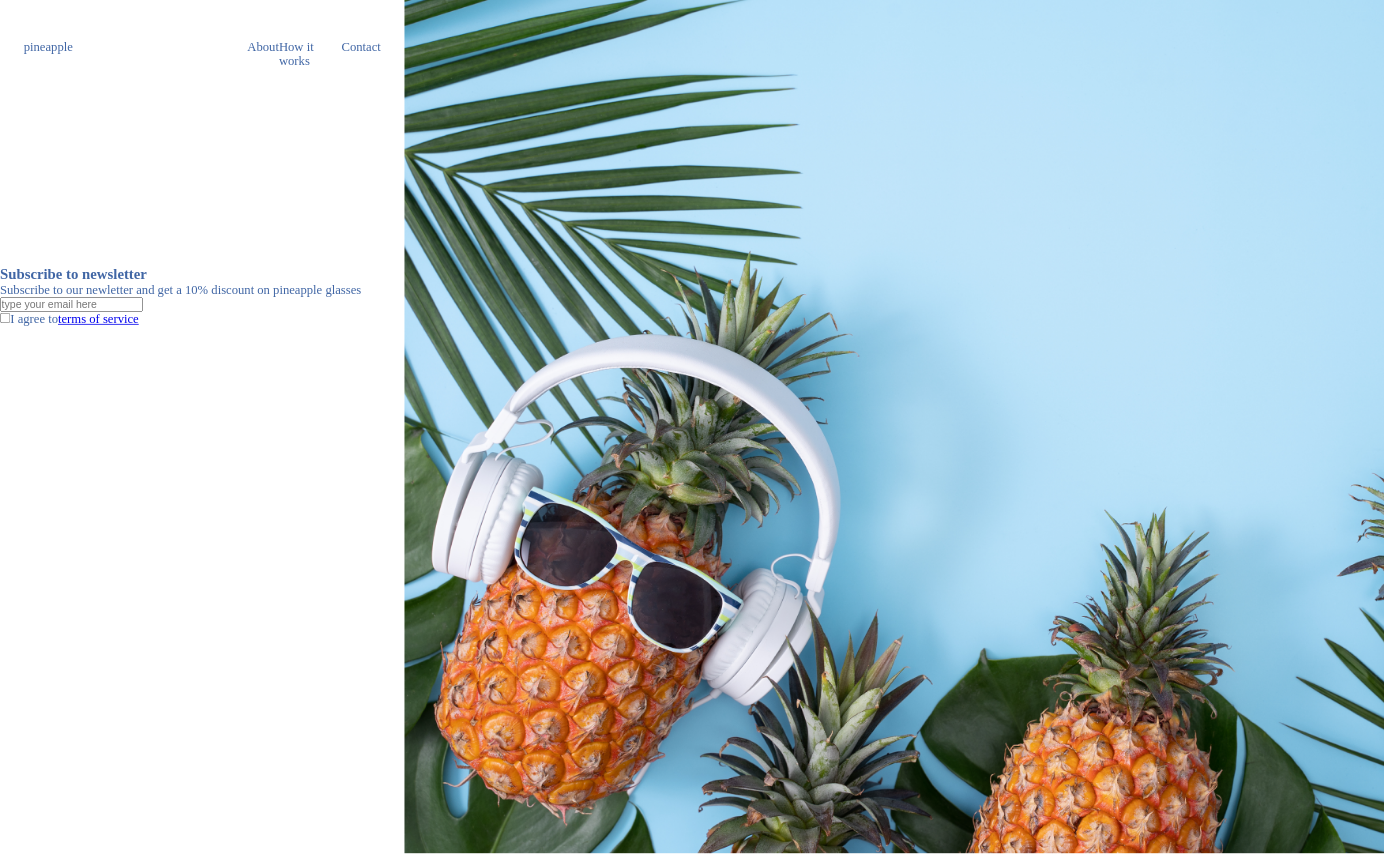
Repository: PaulsBebris/megabit-task
Page: /
The author's editor kept a copy of each file at every save. The page is drawn from the files as they stood at one save, then again after the next save.
The browser window is 1280 px wide. The page is 1752 px wide, so the pictures cover 1752 px, including what lies to the right of the window. The pictures show the whole page, at 79% of full size.
The project was rebuilt for these pictures with package versions that can differ from the ones it lists, and the page was loaded fresh each time.

Above is the page before, as saved 2021-04-19 09:04:45.

After the next save:
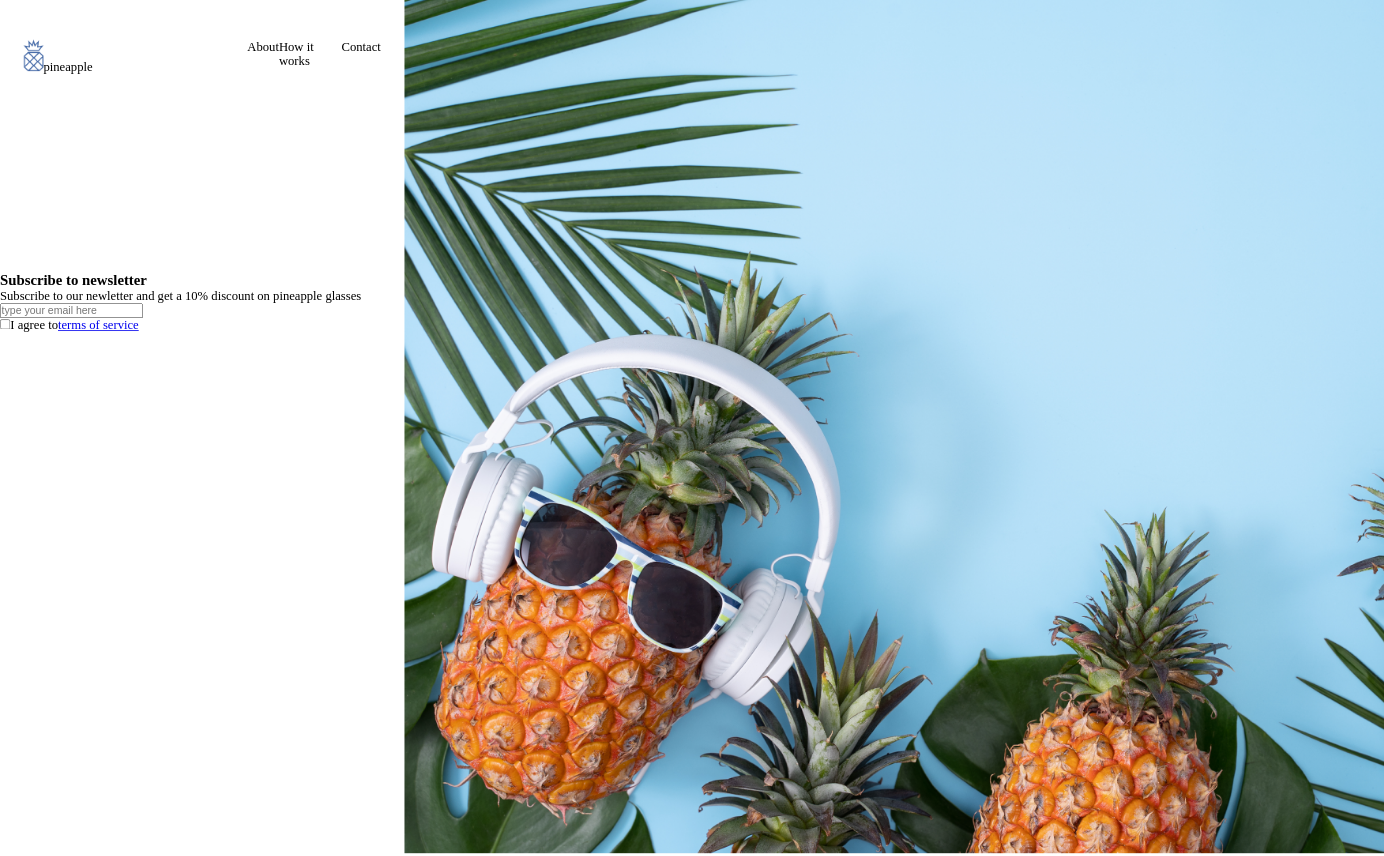
Saved 64 min 1 s later.
--- a/src/views/Home.vue
+++ b/src/views/Home.vue
@@ -3,7 +3,7 @@
     <div class="base">
       <div class="header-wrapper">
         <div class="logo">
-          <img src="" alt="">
+          <img src="../assets/img/pineapple.png" alt="">
           <span>pineapple</span>
         </div>
         <div class="main-menu">
@@ -60,7 +60,7 @@ export default {
   grid-template-columns: 3fr 1fr;
   grid-template-rows: 100vh;
   max-height: 1080px;
-  color: $blue;
+  // color: $blue;
 }
 .base {
   width: 40vw;
